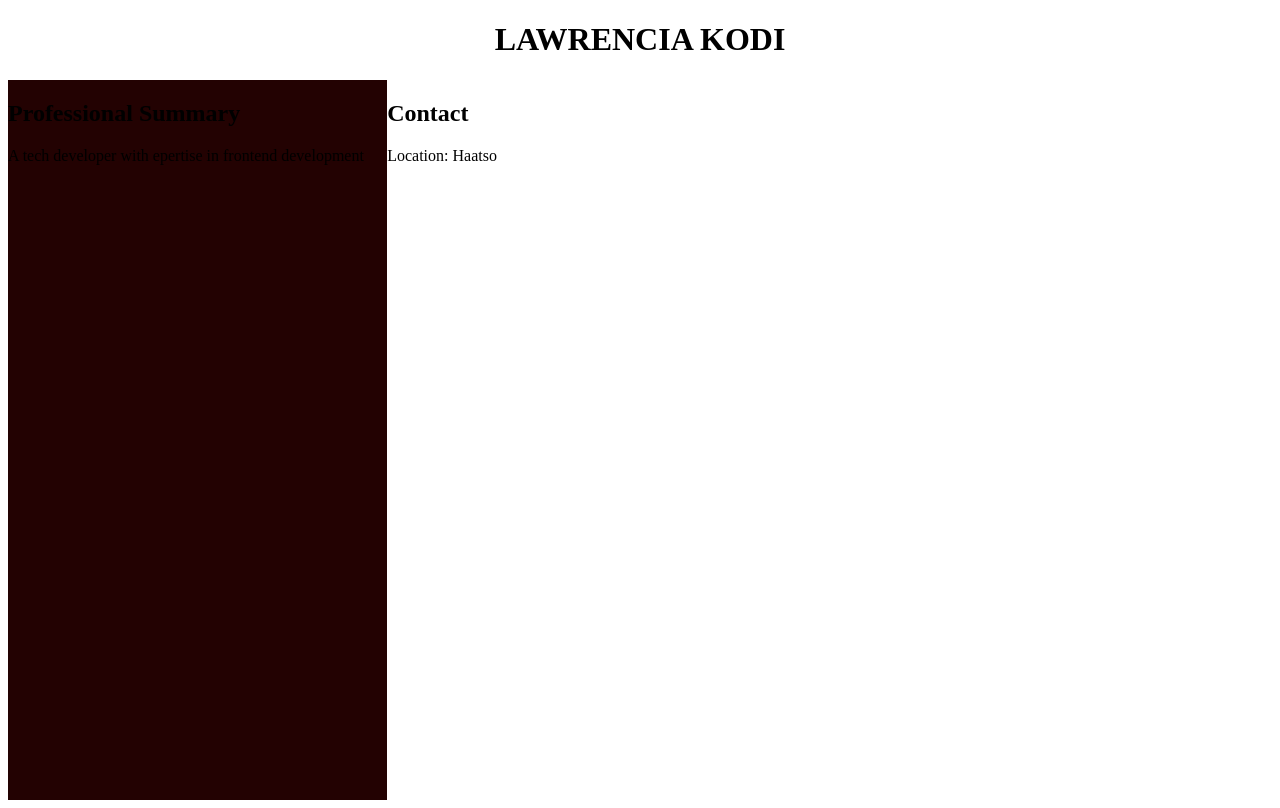
Repository: lawrencia-coder/T4G_CV
Page: index.html
An editor plug-in stored every save of this project. The page is shown before and after a run of saves, followed by the edit.
The browser window is 1280 px wide. The pictures show the whole page.
Some web libraries are served in a nearby version.

Above is the page before, as saved 2026-07-09 07:24:59.

After the next 2 saves:
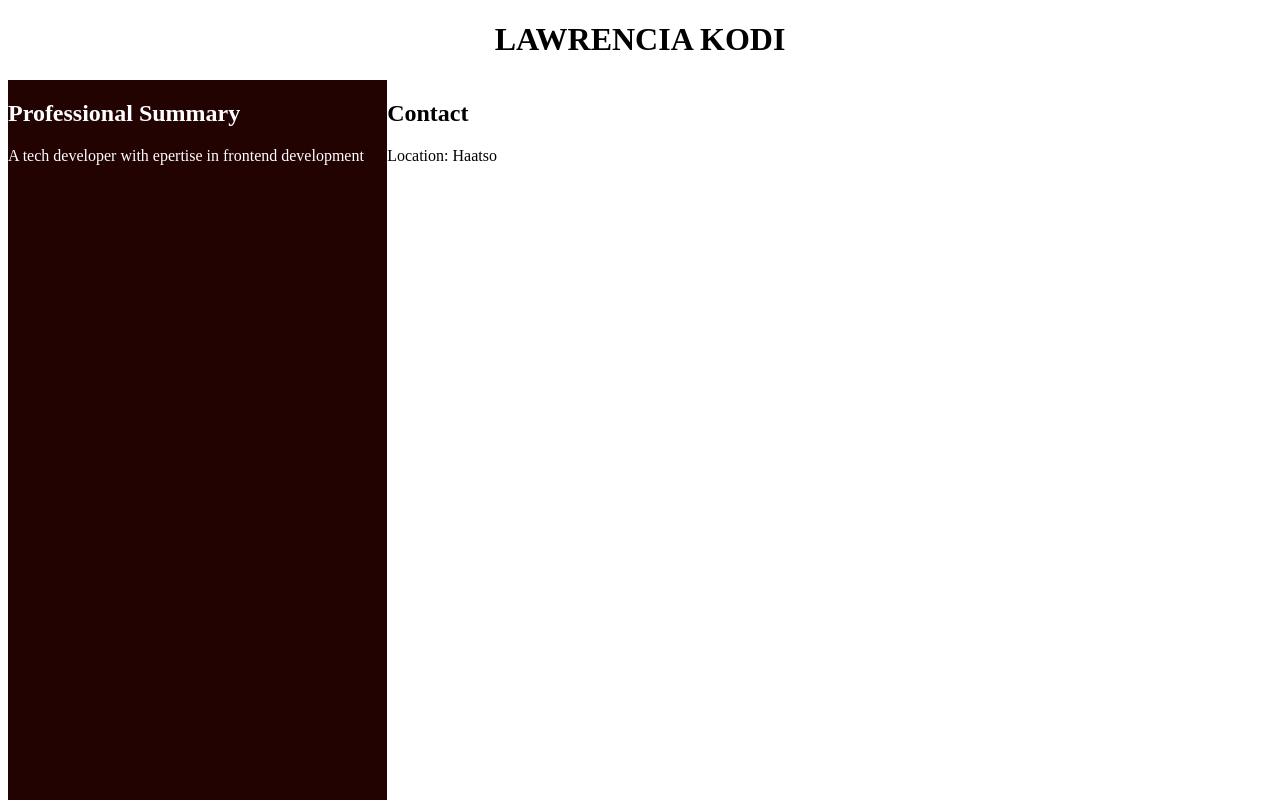
The 2 saves are shown as one change because they came seconds apart.
The last was saved 12 s later.
--- a/style.css
+++ b/style.css
@@ -12,5 +12,6 @@ h1{
 .left-column{
 width: 30%;
 background-color: rgb(35, 2, 2);
-color: whi;
+color: white;
+
 }
